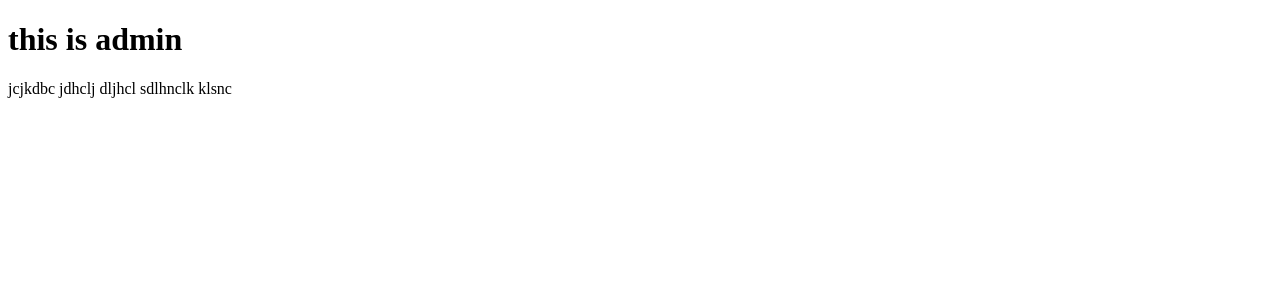
Repository: Guptaji153/Test002
Page: http://localhost/TMS/AdminDashboard.jsp
These files come from the project's save history. The page is drawn as it stood at one moment and after the next save; the edit follows.
The browser window is 1280 px wide. The pictures show the whole page.
The page is served by Tomcat 9.

Above is the page before, as saved 2025-06-01 17:54:54.

After the next save:
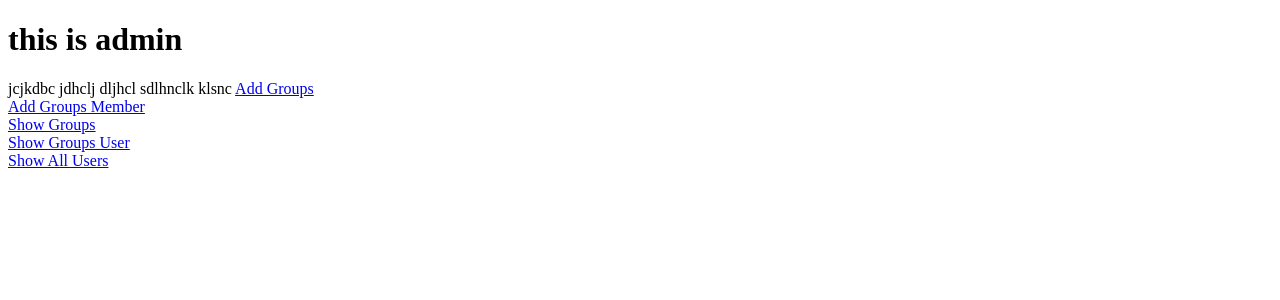
Saved 11 min 10 s later.
--- a/ProjectTMS/TMS/src/main/webapp/AdminDashboard.jsp
+++ b/ProjectTMS/TMS/src/main/webapp/AdminDashboard.jsp
@@ -9,5 +9,11 @@
 <body>
 <h1>this is admin</h1>
 jcjkdbc jdhclj dljhcl sdlhnclk klsnc
+
+<a href="addGroup.jsf">Add Groups</a>  <br>
+<a href="addGroupsMember.jsf">Add Groups Member</a> <br>
+<a href="showGroups.jsf">Show Groups</a> <br>
+<a href="ShowGroupsUsers.jsf">Show Groups User</a>  <br>
+<a href="ShowUser.jsf">Show All Users</a>  <br>
 </body>
 </html>
